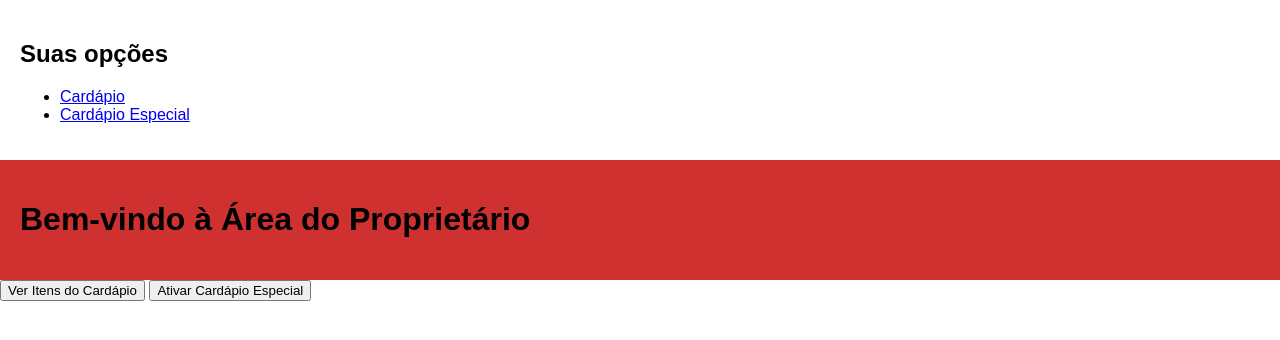
Repository: eupordias/frontarnia
Page: AULA 06/RESTAURANTE/proprietario.html
The author's editor kept a copy of each file at every save. The page is drawn from the files as they stood at one save, then again after the next save.
The browser window is 1280 px wide. The pictures show the whole page.

Above is the page before, as saved 2023-08-08 13:19:22.

After the next save:
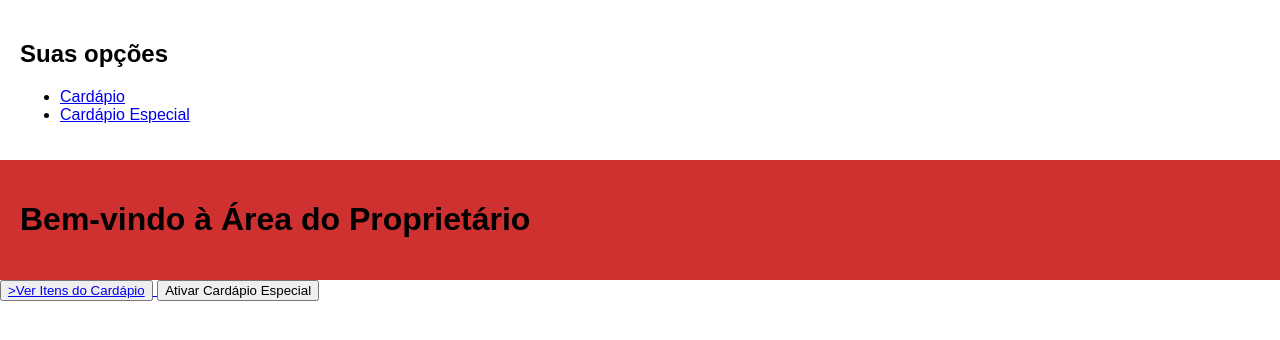
Saved 9 min 1 s later.
--- a/AULA 06/RESTAURANTE/proprietario.html
+++ b/AULA 06/RESTAURANTE/proprietario.html
@@ -17,7 +17,9 @@
     <header>
       <h1>Bem-vindo à Área do Proprietário</h1>
     </header>
-    <button id="visualizarCardapio">Ver Itens do Cardápio</button>
+    <button id="visualizarCardapio"<li><a href="itens.html"</a></li>>Ver Itens do Cardápio
+
+    </button>
     <button id="ativarCardapioEspecial">Ativar Cardápio Especial</button>
 
     <script>
